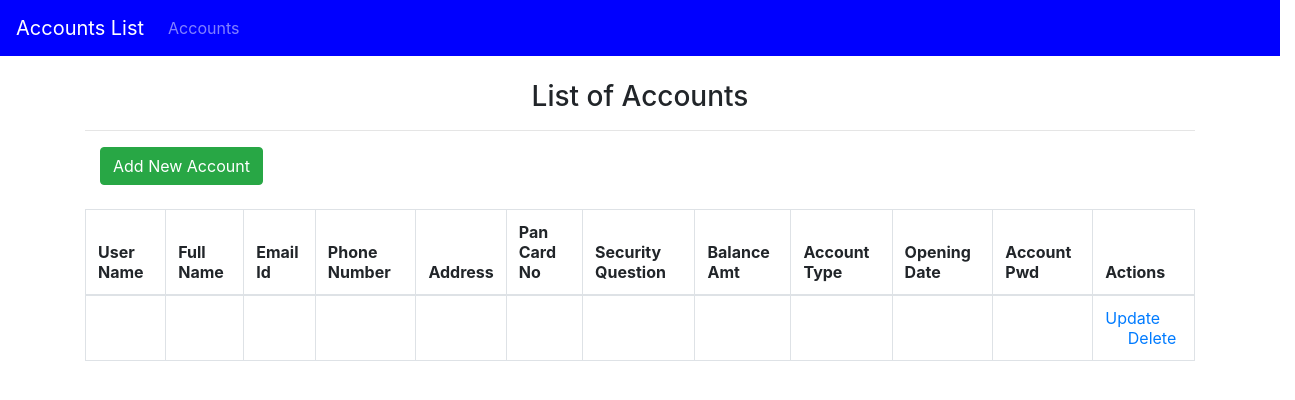
Repository: rukmini10/DXC
Page: http://localhost/Account/user-list.jsp
These files come from the project's save history. The page is drawn as it stood at one moment and after the next save; the edit follows.
The browser window is 1280 px wide. The page is 1295 px wide, so the pictures cover 1295 px, including what lies to the right of the window. The pictures show the whole page.
The page is served by Tomcat 9. Nobody is signed in. The application's start-up code is not run. Other server files are loaded and not shown. The template is opened directly, without the code that normally fills it, so the values that code supplies are empty.

Above is the page before, as saved 2022-05-05 06:27:10.

### DXC_MAVEN/Account/src/main/webapp/user-list.jsp
<%@ page language="java" contentType="text/html; charset=UTF-8"
	pageEncoding="UTF-8"%>

<html>

<head>
<title>Account Management</title>
<link rel="stylesheet"
	href="https://stackpath.bootstrapcdn.com/bootstrap/4.3.1/css/bootstrap.min.css"
	integrity="sha384-ggOyR0iXCbMQv3Xipma34MD+dH/1fQ784/j6cY/iJTQUOhcWr7x9JvoRxT2MZw1T"
	crossorigin="anonymous">
</head>

<body>

	<header>
		<nav class="navbar navbar-expand-md navbar-dark"
			style="background-color: blue">
			<div>
				<a href="https://www.javaguides.net" class="navbar-brand">
					Accounts List</a>
			</div>

			<ul class="navbar-nav">
				<li><a href="<%=request.getContextPath()%>/list"
					class="nav-link">Accounts</a></li>
			</ul>
		</nav>
	</header>
	<br>

	<div class="row">
		<!-- <div class="alert alert-success" *ngIf='message'>{{message}}</div> -->

		<div class="container">
			<h3 class="text-center">List of Accounts</h3>
			<hr>
			<div class="container text-left">

				<a href="<%=request.getContextPath()%>/new" class="btn btn-success">Add
					New Account</a>
			</div>
			<br>
			<table class="table table-bordered">
				<thead>
					<tr>
						<th>User Name</th>
						<th>Full Name</th>
						<th>Email Id</th>
						<th>Phone Number</th>
						<th>Address</th>
						<th>Pan Card No</th>
						<th>Security Question</th>
						<th>Balance Amt</th>
						<th>Account Type</th>
						<th>Opening Date</th>
						<th>Account Pwd</th>
						<th>Actions</th>
					</tr>
				</thead>
				<tbody>
					<!--   for (Todo todo: todos) {  -->
					<c:forEach var="accountholder" items="${listAccount}">

						<tr>
							<td><c:out value="${accountholder.UserName}" /></td>
							<td><c:out value="${accountholder.Full_Name}" /></td>
							<td><c:out value="${accountholder.Email}" /></td>
							<td><c:out value="${accountholder.Phone_Number}" /></td>
							<td><c:out value="${accountholder.Address}" /></td>
							<td><c:out value="${accountholder.Pancard_Number}" /></td>
							<td><c:out value="${accountholder.Security_Question}" /></td>
							<td><c:out value="${accountholder.Balance}" /></td>
							<td><c:out value="${accountholder.Account_Type}" /></td>
							<td><c:out value="${accountholder.Opening_Date}" /></td>
							<td><c:out value="${accountholder.Account_Password}" /></td>
							<td><a
								href="edit?UserName=<c:out value='${accountholder.UserName}' />">Update</a>
								&nbsp;&nbsp;&nbsp;&nbsp; <a
								href="delete?UserName=<c:out value='${accountholder.UserName}' />">Delete</a></td>
						</tr>
					</c:forEach>
					<!-- } -->
				</tbody>

			</table>
		</div>
	</div>
</body>

</html>

After the next save:
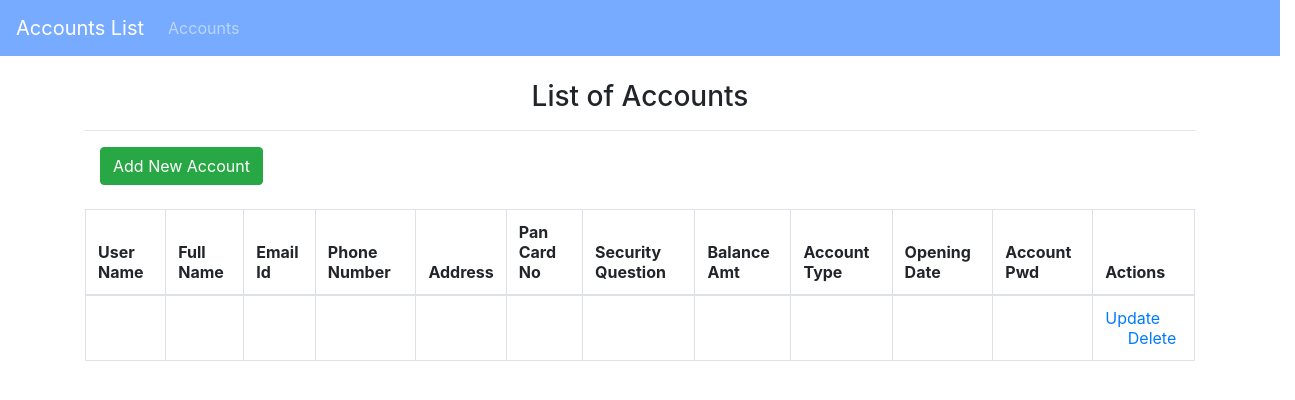
Saved 2 min 18 s later.
--- a/DXC_MAVEN/Account/src/main/webapp/user-list.jsp
+++ b/DXC_MAVEN/Account/src/main/webapp/user-list.jsp
@@ -15,7 +15,7 @@
 
 	<header>
 		<nav class="navbar navbar-expand-md navbar-dark"
-			style="background-color: blue">
+			style="background-color: #77abff">
 			<div>
 				<a href="https://www.javaguides.net" class="navbar-brand">
 					Accounts List</a>
